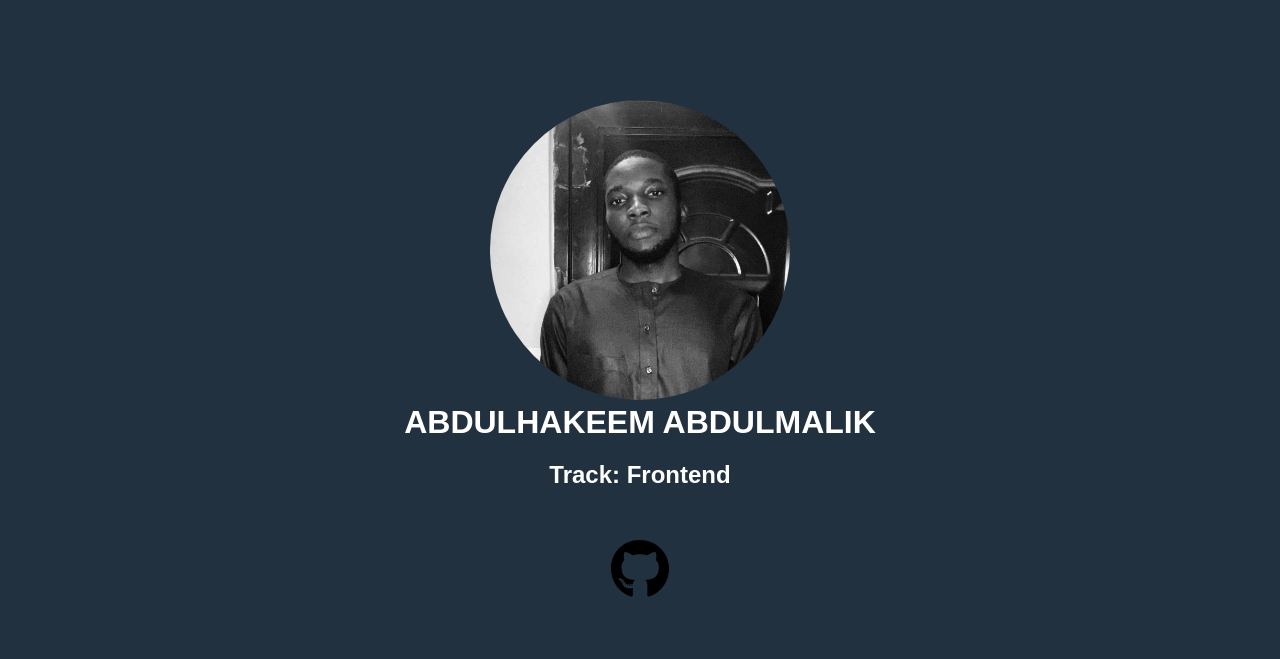
Repository: malikhakeem/HNG-TASK
Page: HNG-TASK1.html
The author's editor kept a copy of each file at every save. The page is drawn from the files as they stood at one save, then again after the next save.
The browser window is 1280 px wide. The pictures show the whole page.

Above is the page before, as saved 2023-09-08 22:37:02.
Console error: ReferenceError: currentDate is not defined

After the next save:
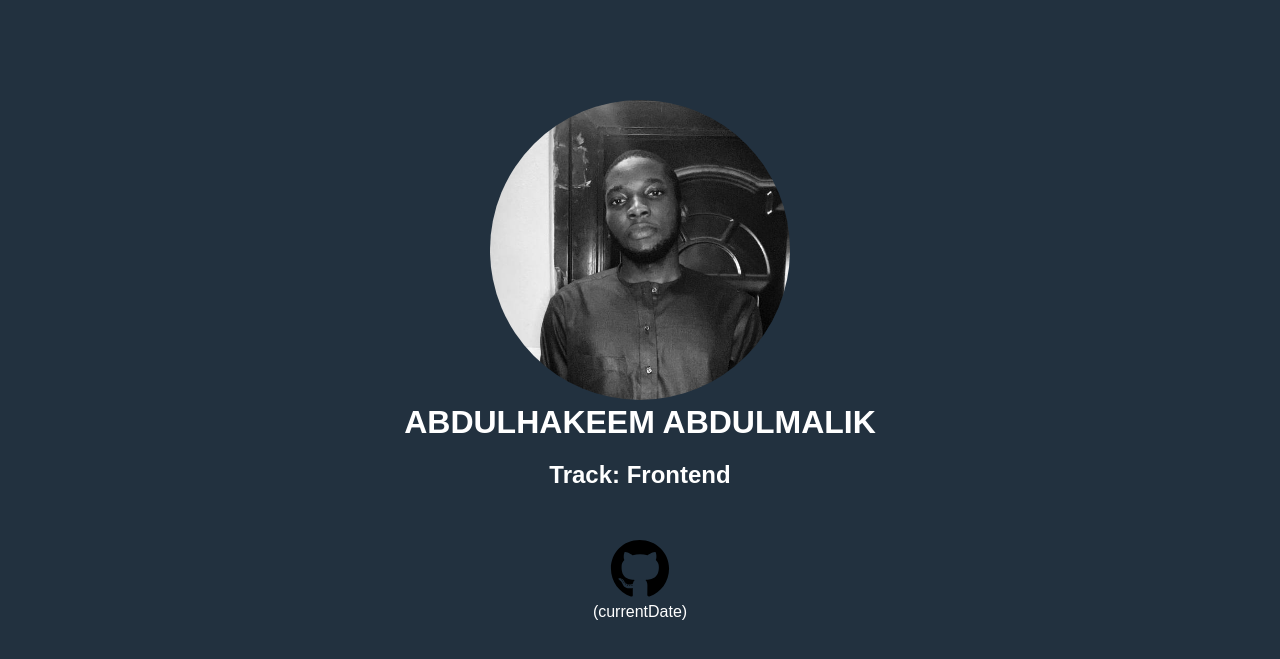
The error is gone.
Saved 29 s later.
--- a/HNG-TASK1.html
+++ b/HNG-TASK1.html
@@ -26,9 +26,7 @@
             <div class="nav-right">
                 <a data-testId="githubURL" href="link address"><img src="./pic//github.svg" width="60" height="60"></a>
             </div>
-            <script>
-                document.write(currentDate);
-                </script>
+           <div class="f">(currentDate)</div>
 
         </div>
     </div>
